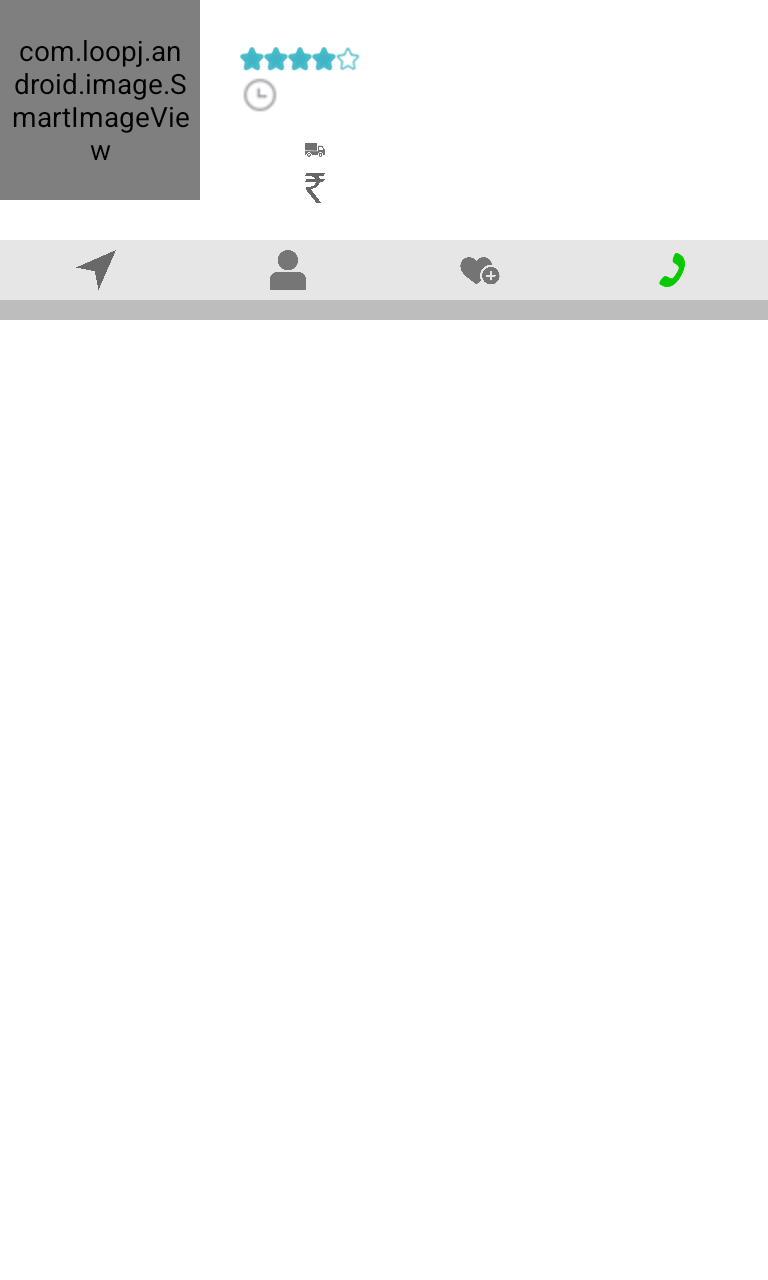
Repository: amitvikramjaiswal/amit-work
Layout: MandiTrades/MandiTradesAndroid/res/layout/sellers_list_template.xml
These files come from the project's save history. The layout is drawn as it stood at one moment and after a run of saves; the edit follows.
Pictures or frames that could not be fetched are drawn as grey boxes. It is drawn on a 768 x 1280 px phone screen (xhdpi) without system bars, with theme AppTheme; the app's code is not run. Lists and similar views that code fills are empty.

Above is the layout before, as saved 2014-11-14 16:04:58.

After the next 2 saves:
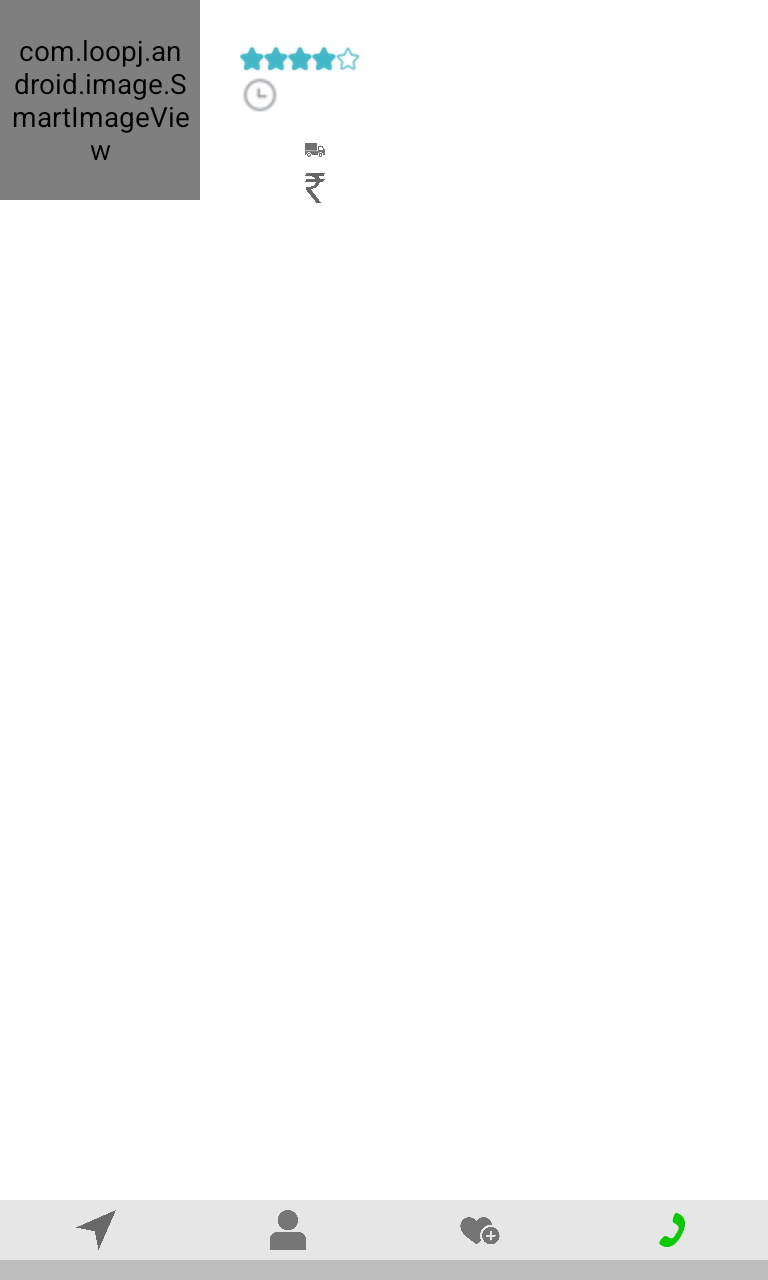
The 2 saves are shown as one change because they came seconds apart.
The last was saved 19 min 44 s later.
--- a/MandiTrades/MandiTradesAndroid/res/layout/sellers_list_template.xml
+++ b/MandiTrades/MandiTradesAndroid/res/layout/sellers_list_template.xml
@@ -6,8 +6,9 @@
 
     <LinearLayout
         android:id="@+id/ll1"
-        android:layout_width="match_parent"
+        android:layout_width="wrap_content"
         android:layout_height="wrap_content"
+        android:layout_weight="1"
         android:orientation="horizontal" >
 
         <RelativeLayout

After the save that followed:
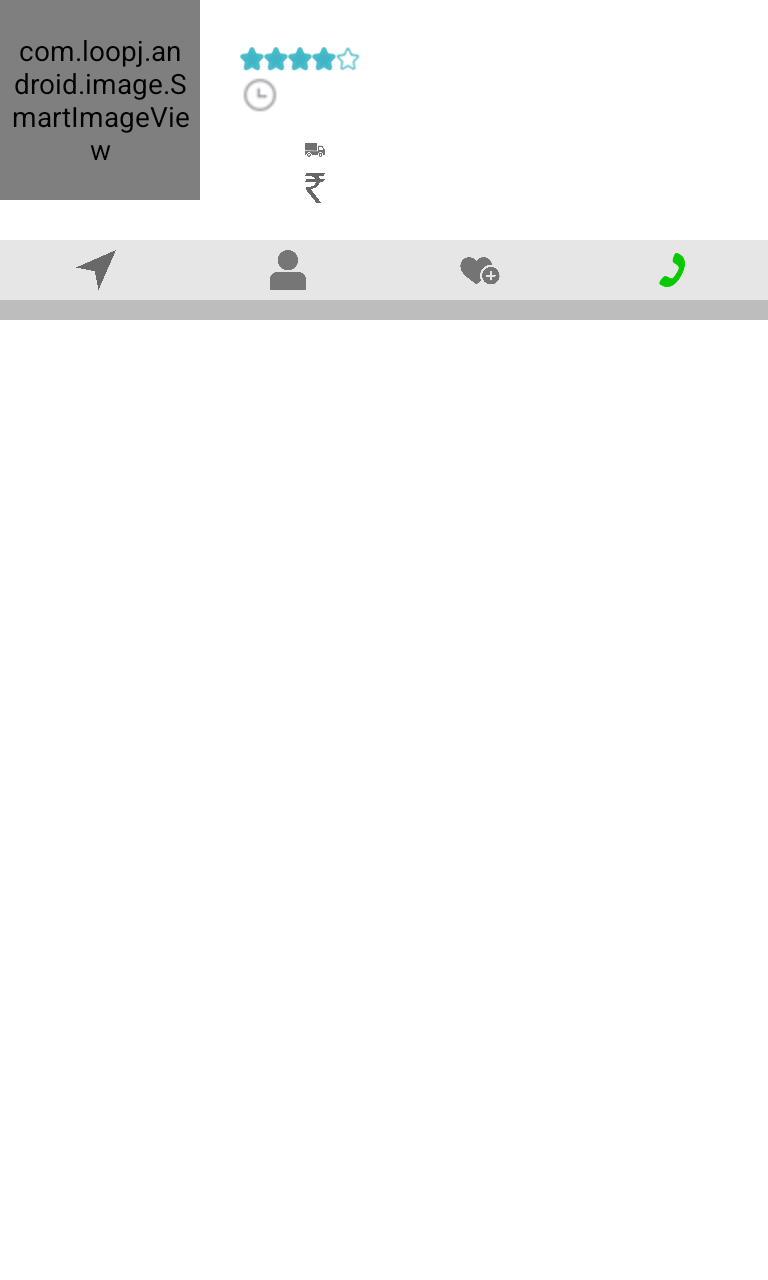
Saved 11 s later.
--- a/MandiTrades/MandiTradesAndroid/res/layout/sellers_list_template.xml
+++ b/MandiTrades/MandiTradesAndroid/res/layout/sellers_list_template.xml
@@ -8,7 +8,6 @@
         android:id="@+id/ll1"
         android:layout_width="wrap_content"
         android:layout_height="wrap_content"
-        android:layout_weight="1"
         android:orientation="horizontal" >
 
         <RelativeLayout
